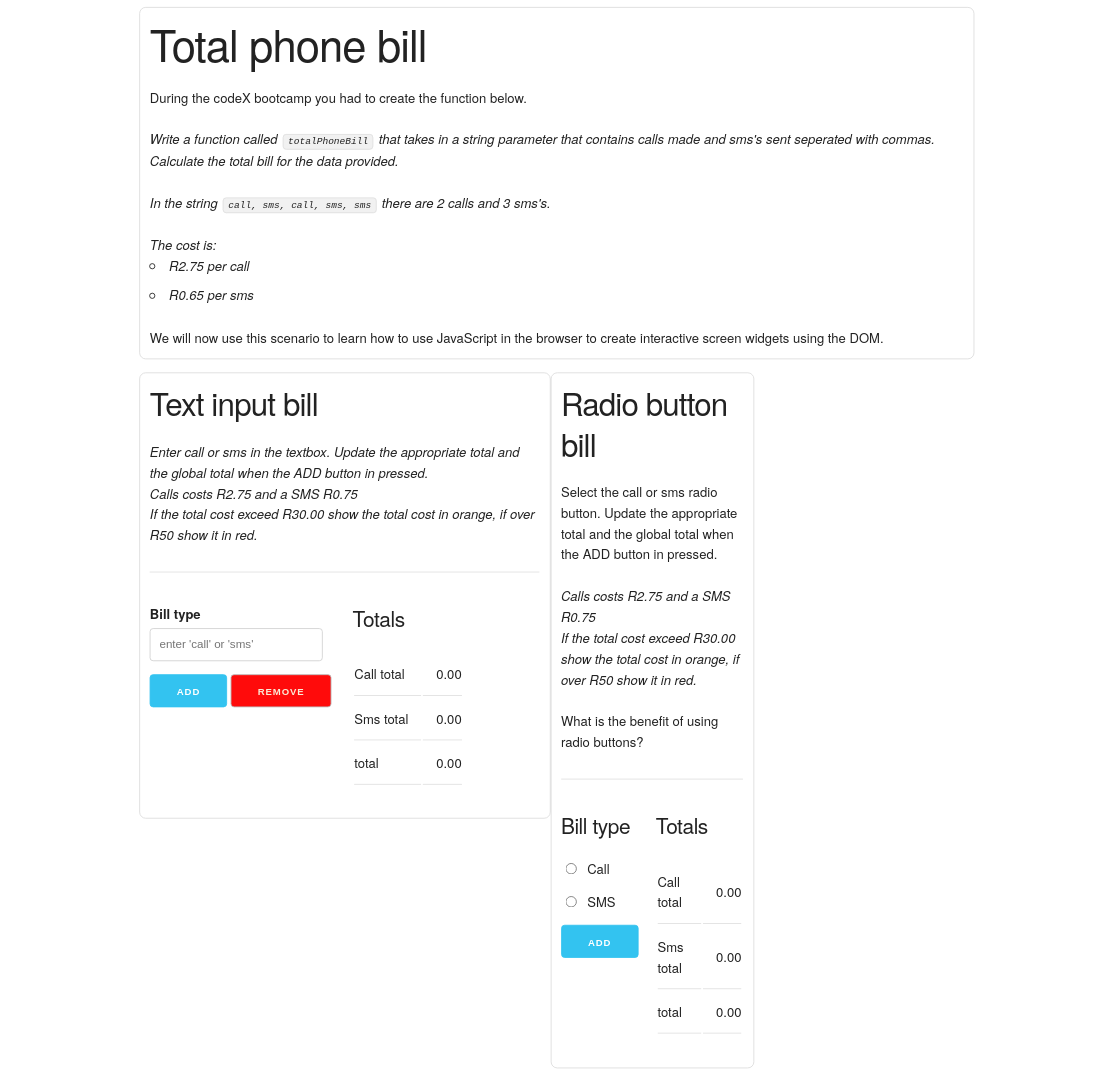
Repository: lasity34/Dom-intro-handlebars
Page: index.html
The author's editor kept a copy of each file at every save. The page is drawn from the files as they stood at one save, then again after the next save.
The browser window is 1280 px wide. The pictures show the whole page, at 87% of full size.
Some web libraries are served in a nearby version.

Above is the page before, as saved 2023-05-09 08:41:32.

After the next save:
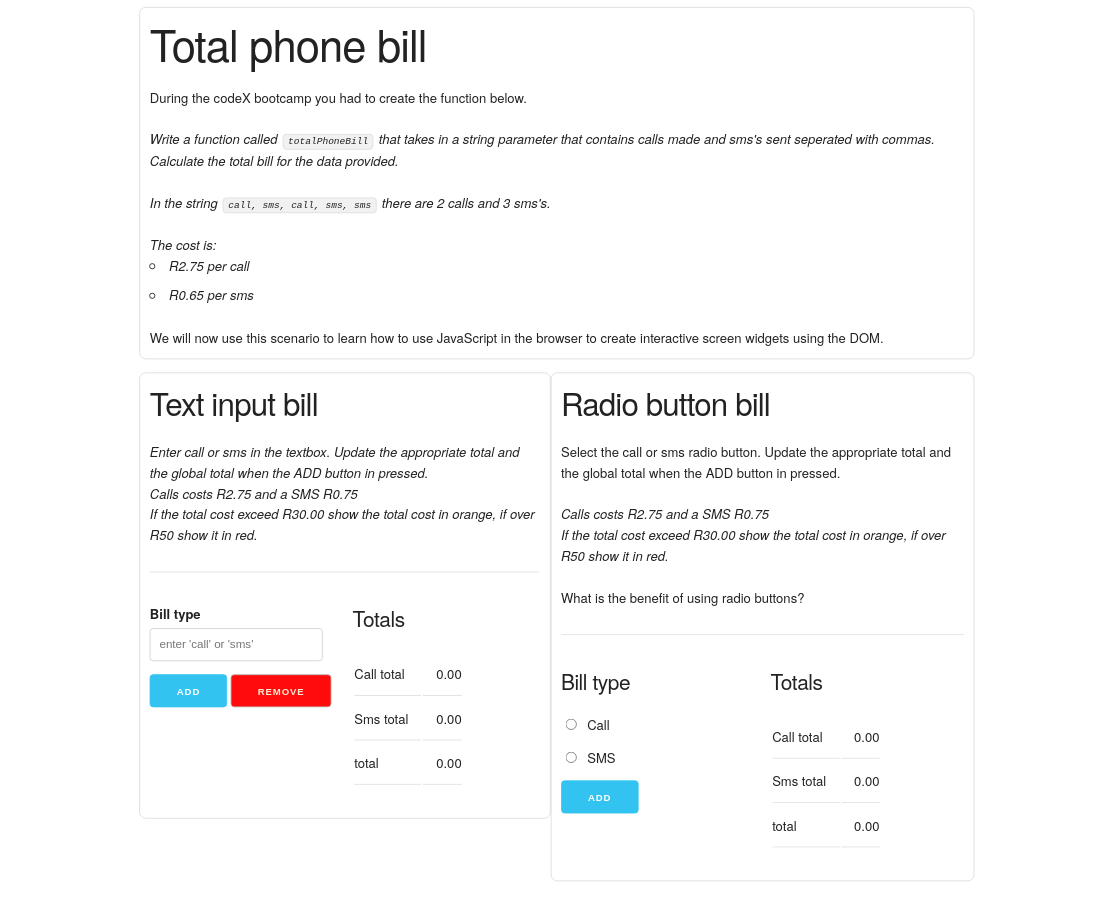
Saved 12 s later.
--- a/index.html
+++ b/index.html
@@ -105,7 +105,7 @@
         </div>
       </div>
       <div class="width">
-        <div class="six columns box">
+        <div class=" box">
           <h3>Radio button bill</h3>
 
           <div class="">
